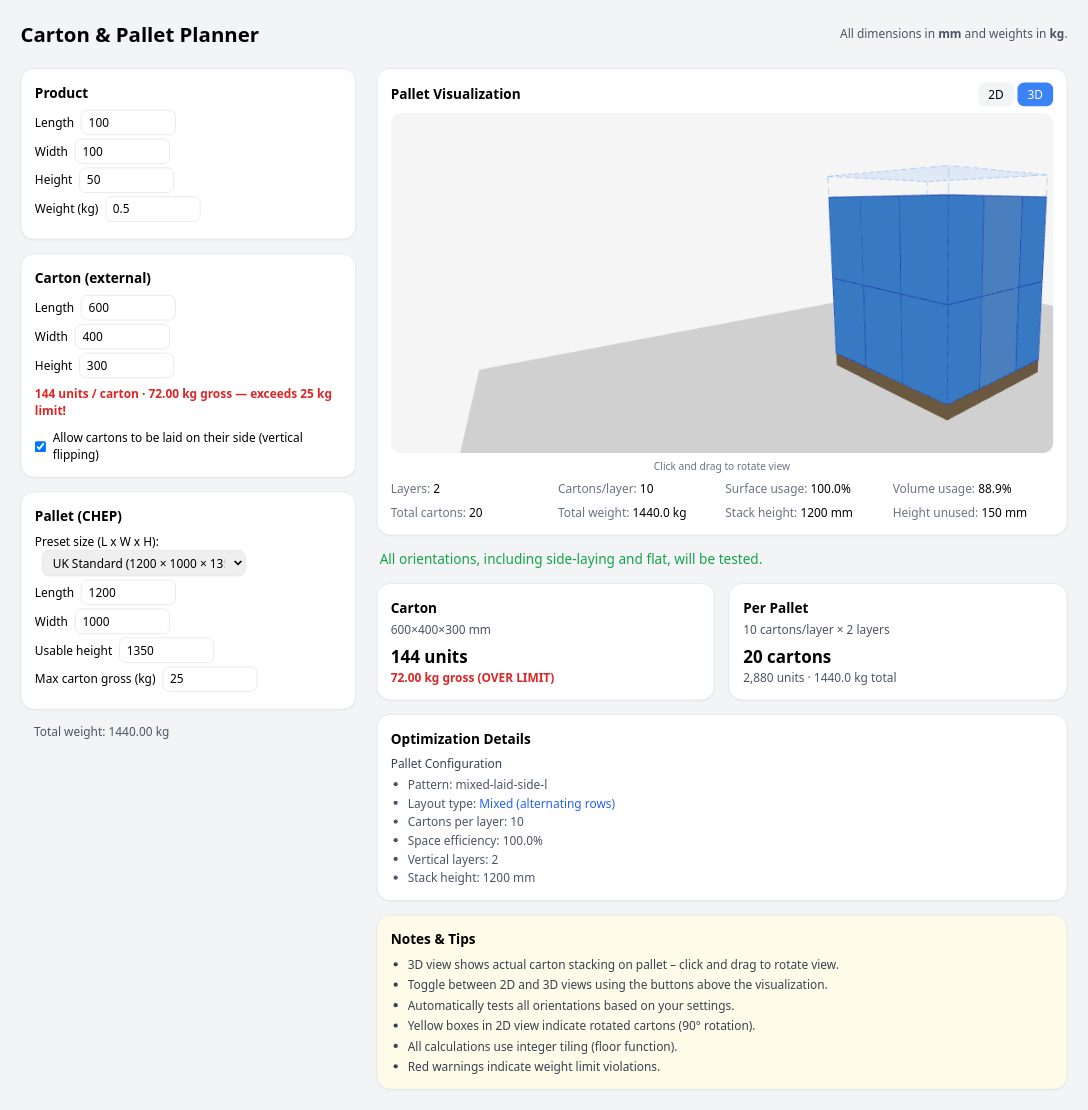
Repository: beesmart/Warehouse-Apps
Page: index.html
These files come from the project's save history. The page is drawn as it stood at one moment and after the next save; the edit follows.
The browser window is 1280 px wide. The pictures show the whole page, at 85% of full size.
Some web libraries are served in a nearby version.

Above is the page before, as saved 2025-10-21 10:47:20.

### index.html
<!DOCTYPE html>
<html lang="en">
<head>
  <meta charset="UTF-8" />
  <title>Carton & Pallet Planner</title>
  <meta name="viewport" content="width=device-width, initial-scale=1" />
  <script src="https://cdn.tailwindcss.com"></script>
  <script src="https://cdnjs.cloudflare.com/ajax/libs/three.js/r128/three.min.js"></script>
</head>
<body class="bg-gray-100">
  <div id="root"></div>

  <!-- React + Babel -->
  <script crossorigin src="https://unpkg.com/react@18/umd/react.development.js"></script>
  <script crossorigin src="https://unpkg.com/react-dom@18/umd/react-dom.development.js"></script>
  <script src="https://unpkg.com/@babel/standalone/babel.min.js"></script>

  <!-- Global namespace -->
  <script>
    window.CartonApp = {};
  </script>

  <!-- Core JS (no JSX → no Babel) -->
  <script src="./js/constants.js"></script>
  <script src="./js/utils.js"></script>
  <script src="./js/algorithms.js"></script>
  <script src="./js/three-utils.js"></script>

  <!-- Components (React.createElement style → no JSX needed unless explicitly used) -->
  <script src="./js/components/UIComponents.js"></script>
  <script src="./js/components/LayerGrid2D.js"></script>
  <script src="./js/components/PalletView3D.js"></script>

  <!-- Main app (may contain JSX or Babel-transformed logic) -->
  <script type="text/babel" src="./js/App.js"></script>
</body>
</html>

### js/constants.js
// js/constants.js
// Shared constants for CartonApp

window.CartonApp = window.CartonApp || {};
window.CartonApp.Constants = {
  // -------------------------------------------------
  // Default values for form initialization
  // -------------------------------------------------
  DEFAULT_VALUES: {
    product: { l: 100, w: 100, h: 50, weight: 0.5 },
    carton: { l: 600, w: 400, h: 300 },
    limits: {
      palletL: 1200,
      palletW: 1000,
      palletH: 1350,
      cartonGrossMax: 25,
    },
  },

  // -------------------------------------------------
  // Common pallet presets
  // -------------------------------------------------
  PALLET_SIZES: [
    { label: "UK Standard (1200 × 1000 × 1350)", L: 1200, W: 1000, H: 1350 },
    { label: "Euro Pallet (1200 × 800 × 1350)", L: 1200, W: 800, H: 1350 },
    { label: "Half Pallet (1000 × 600 × 1000)", L: 1000, W: 600, H: 1000 },
    { label: "Custom size", L: null, W: null, H: null },
  ],

  // -------------------------------------------------
  // Orientation label mappings for 2D/3D drawing
  // -------------------------------------------------
  ORIENTATION_LABELS: {
    upright: { primary: "L", secondary: "W" },
    "upright-rotated": { primary: "W", secondary: "L" },
    "laid-side-l": { primary: "W", secondary: "H" },
    "laid-side-w": { primary: "L", secondary: "H" },
    "laid-h-l": { primary: "L", secondary: "H" },
    "laid-h-w": { primary: "H", secondary: "W" },
    mixed: { primary: "L", secondary: "W" },
  },

  // -------------------------------------------------
  // Color definitions for dimension labels
  // -------------------------------------------------
  DIMENSION_COLORS: {
    L: "#ef4444", // Red
    W: "#3b82f6", // Blue
    H: "#10b981", // Green
  },

  // -------------------------------------------------
  // Three.js visual constants
  // -------------------------------------------------
  THREE_CONFIG: {
    colors: {
      scene: 0xf5f5f5,
      ground: 0xe0e0e0,
      palletBase: 0x8b7355,
      heightGuide: 0x60a5fa,
      heightOutline: 0x3b82f6,
    },
    palletBaseHeight: 100,
  },
};

### js/utils.js
// js/utils.js
// Shared utility functions for CartonApp

window.CartonApp = window.CartonApp || {};
window.CartonApp.Utils = {
  // -------------------------------------------------
  // Numeric input handler
  // -------------------------------------------------
  handleNumberInput: function (setter, obj, key, value) {
    const num = parseFloat(value);
    if (!isNaN(num) && num >= 0) {
      setter({ ...obj, [key]: num });
    }
  },

  // -------------------------------------------------
  // Number formatting (adds commas, rounds)
  // -------------------------------------------------
  numberFmt: function (num) {
    if (num == null || isNaN(num)) return "0";
    return num.toLocaleString("en-GB");
  },

  // -------------------------------------------------
  // Visible dimension labels by orientation
  // -------------------------------------------------
  getVisibleLabels: function (pattern = "") {
    const labels = window.CartonApp.Constants.ORIENTATION_LABELS;
    const base = pattern.replace("mixed-", "");
    return labels[base] || labels.upright;
  },

  // -------------------------------------------------
  // Row-specific labels for mixed patterns
  // -------------------------------------------------
  getRowLabels: function (pattern, rotated) {
    const labels = window.CartonApp.Utils.getVisibleLabels(pattern);
    if (pattern.startsWith("mixed") && rotated) {
      return { primary: labels.secondary, secondary: labels.primary };
    }
    return labels;
  },

  // -------------------------------------------------
  // Compute total pallet weight
  // -------------------------------------------------
  computeTotalWeight: function (unitsPerCarton, cartonWeight, perLayer, layers) {
    const cartons = perLayer * layers;
    const totalWeight = cartons * cartonWeight;
    const totalUnits = cartons * unitsPerCarton;
    return { cartons, totalWeight, totalUnits };
  },

  // -------------------------------------------------
  // Percentage of pallet volume used
  // -------------------------------------------------
  computeVolumeUsage: function (usedVol, totalVol) {
    if (totalVol <= 0) return 0;
    return (usedVol / totalVol) * 100;
  },
};

### js/components/PalletView3D.js
// js/components/PalletView3D.js
// Pallet visualization component (2D + 3D)

window.CartonApp = window.CartonApp || {};
window.CartonApp.Components = window.CartonApp.Components || {};
window.CartonApp.Constants = window.CartonApp.Constants || {};
window.CartonApp.Utils = window.CartonApp.Utils || {};

const LayerGrid2D = window.CartonApp.Components.LayerGrid2D;
// const DIMENSION_COLORS = window.CartonApp.Constants.DIMENSION_COLORS;

// ----------------------------------------------------
// Helper: Create 3D Scene
// ----------------------------------------------------
function create3DScene(mountRef, config) {
  const { width, height, cameraDistance = 3000, cameraHeight = 2000 } = config;

  const scene = new THREE.Scene();
  scene.background = new THREE.Color(0xf5f5f5);

  const camera = new THREE.PerspectiveCamera(45, width / height, 0.1, 10000);
  camera.position.set(cameraDistance, cameraHeight, cameraDistance);
  camera.lookAt(0, 0, 0);

  const renderer = new THREE.WebGLRenderer({ antialias: true });
  renderer.setSize(width, height);
  renderer.shadowMap.enabled = true;
  renderer.shadowMap.type = THREE.PCFSoftShadowMap;
  mountRef.current.appendChild(renderer.domElement);

  const ambientLight = new THREE.AmbientLight(0xffffff, 0.6);
  scene.add(ambientLight);

  const directionalLight = new THREE.DirectionalLight(0xffffff, 0.4);
  directionalLight.position.set(1000, 2000, 1000);
  directionalLight.castShadow = true;
  scene.add(directionalLight);

  const groundGeometry = new THREE.PlaneGeometry(5000, 5000);
  const groundMaterial = new THREE.MeshLambertMaterial({ color: 0xe0e0e0 });
  const ground = new THREE.Mesh(groundGeometry, groundMaterial);
  ground.rotation.x = -Math.PI / 2;
  ground.position.y = -10;
  ground.receiveShadow = true;
  scene.add(ground);

  return { scene, camera, renderer };
}

// ----------------------------------------------------
// Helper: Add pallet base
// ----------------------------------------------------
function addPalletBase(scene, palletL, palletW) {
  const geometry = new THREE.BoxGeometry(palletL, 100, palletW);
  const material = new THREE.MeshLambertMaterial({ color: 0x8b7355 });
  const pallet = new THREE.Mesh(geometry, material);
  pallet.position.y = 50;
  pallet.castShadow = true;
  pallet.receiveShadow = true;
  scene.add(pallet);
  return pallet;
}

// ----------------------------------------------------
// Helper: Add height guide plane + dashed box outline
// ----------------------------------------------------
function addHeightGuide(scene, palletL, palletW, palletH) {
  const planeGeometry = new THREE.PlaneGeometry(palletL, palletW);
  const planeMaterial = new THREE.MeshBasicMaterial({
    color: 0x60a5fa,
    opacity: 0.15,
    transparent: true,
    side: THREE.DoubleSide,
  });
  const plane = new THREE.Mesh(planeGeometry, planeMaterial);
  plane.rotation.x = -Math.PI / 2;
  plane.position.y = palletH + 100;
  scene.add(plane);

  const edges = new THREE.EdgesGeometry(
    new THREE.BoxGeometry(palletL, palletH, palletW)
  );
  const material = new THREE.LineDashedMaterial({
    color: 0x3b82f6,
    dashSize: 50,
    gapSize: 30,
    opacity: 0.4,
    transparent: true,
  });
  const outline = new THREE.LineSegments(edges, material);
  outline.computeLineDistances();
  outline.position.y = palletH / 2 + 100;
  scene.add(outline);
}

// ----------------------------------------------------
// Helper: Add dimension arrows (L, W, H)
// ----------------------------------------------------
function addDimensionArrows(scene, palletL, palletW, palletH) {
  const origin = new THREE.Vector3(-palletL / 2, 50, -palletW / 2);
  const arrowLength = Math.max(palletL, palletW, palletH) * 0.5;
  const arrowHead = 100;

  const addArrow = (dir, color, label) => {
    const arrow = new THREE.ArrowHelper(
      dir.clone().normalize(),
      origin,
      arrowLength,
      color,
      arrowHead,
      arrowHead * 0.6
    );
    scene.add(arrow);

    const canvas = document.createElement("canvas");
    canvas.width = 256;
    canvas.height = 128;
    const ctx = canvas.getContext("2d");
    ctx.fillStyle = "rgba(255,255,255,0.6)";
    ctx.fillRect(0, 0, canvas.width, canvas.height);
    ctx.fillStyle = color;
    ctx.font = "bold 64px Arial";
    ctx.textAlign = "center";
    ctx.textBaseline = "middle";
    ctx.fillText(label, canvas.width / 2, canvas.height / 2);

    const texture = new THREE.CanvasTexture(canvas);
    const spriteMaterial = new THREE.SpriteMaterial({ map: texture, transparent: true });
    const sprite = new THREE.Sprite(spriteMaterial);
    sprite.scale.set(300, 150, 1);
    sprite.position.copy(origin.clone().add(dir.clone().multiplyScalar(arrowLength * 1.1)));
    scene.add(sprite);
  };

  addArrow(new THREE.Vector3(1, 0, 0), DIMENSION_COLORS.L, "L");
  addArrow(new THREE.Vector3(0, 0, 1), DIMENSION_COLORS.W, "W");
  addArrow(new THREE.Vector3(0, 1, 0), DIMENSION_COLORS.H, "H");
}

// ----------------------------------------------------
// PalletView3D Component
// ----------------------------------------------------
window.CartonApp.Components.PalletView3D = function ({
  palletL,
  palletW,
  palletH,
  cartonL,
  cartonW,
  cartonH,
  pattern,
  perLayer,
  layers,
  patternRows,
  palletTile,
  cartonWeight,
}) {
  const mountRef = React.useRef(null);
  const sceneRef = React.useRef(null);
  const rendererRef = React.useRef(null);
  const frameRef = React.useRef(null);
  const [viewMode, setViewMode] = React.useState("3D");

  // Compute usage metrics
  const palletSurfaceArea = palletL * palletW;
  const palletVolume = palletL * palletW * palletH;
  const usedSurfaceArea = (palletTile.usedL || 0) * (palletTile.usedW || 0);
  const surfaceUsage =
    palletSurfaceArea > 0 ? (usedSurfaceArea / palletSurfaceArea) * 100 : 0;
  const cartonsVolume = perLayer * layers * cartonL * cartonW * cartonH;
  const volumeUsage =
    palletVolume > 0 ? (cartonsVolume / palletVolume) * 100 : 0;

  React.useEffect(() => {
    if (!mountRef.current || viewMode !== "3D") return;

    const width = mountRef.current.clientWidth;
    const height = 400;

    const { scene, camera, renderer } = create3DScene(mountRef, {
      width,
      height,
      cameraDistance: 2500,
      cameraHeight: 2000,
    });

    sceneRef.current = scene;
    rendererRef.current = renderer;

    // Pallet + guide
    addPalletBase(scene, palletL, palletW);
    addHeightGuide(scene, palletL, palletW, palletH);
    addDimensionArrows(scene, palletL, palletW, palletH);

    // Materials
    const standardMaterial = new THREE.MeshLambertMaterial({ color: 0x4a9eff });
    const rotatedMaterial = new THREE.MeshLambertMaterial({ color: 0x60a5fa });
    const cartonGeometry = new THREE.BoxGeometry(1, 1, 1);
    const cartonEdges = new THREE.EdgesGeometry(cartonGeometry);
    const edgeMaterial = new THREE.LineBasicMaterial({
      color: 0x1e40af,
      linewidth: 1,
    });

    // Add cartons
    for (let layer = 0; layer < layers; layer++) {
      const yOffset = 100 + layer * cartonH + cartonH / 2;
      if (patternRows) {
        let zStart = -palletW / 2;
        patternRows.forEach((row) => {
          const { rotated, countL, boxL: rowBoxL, boxW: rowBoxW } = row;
          const rowUsedL = countL * rowBoxL;
          const xStart = -rowUsedL / 2;
          for (let i = 0; i < countL; i++) {
            const carton = new THREE.Mesh(
              cartonGeometry,
              rotated ? rotatedMaterial : standardMaterial
            );
            const edges = new THREE.LineSegments(cartonEdges, edgeMaterial);
            const xPos = xStart + rowBoxL / 2 + i * rowBoxL;
            const zPos = zStart + rowBoxW / 2;
            carton.scale.set(rowBoxL, cartonH, rowBoxW);
            edges.scale.set(rowBoxL, cartonH, rowBoxW);
            carton.position.set(xPos, yOffset, zPos);
            edges.position.set(xPos, yOffset, zPos);
            carton.castShadow = true;
            carton.receiveShadow = true;
            scene.add(carton);
            scene.add(edges);
          }
          zStart += rowBoxW;
        });
      } else {
        const countL = Math.floor(palletL / cartonL);
        const countW = Math.floor(palletW / cartonW);
        const usedL = countL * cartonL;
        const usedW = countW * cartonW;
        const xStart = -usedL / 2;
        const zStart = -usedW / 2;
        for (let i = 0; i < countL; i++) {
          for (let j = 0; j < countW; j++) {
            const carton = new THREE.Mesh(cartonGeometry, standardMaterial);
            const edges = new THREE.LineSegments(cartonEdges, edgeMaterial);
            carton.scale.set(cartonL, cartonH, cartonW);
            edges.scale.set(cartonL, cartonH, cartonW);
            const xPos = xStart + cartonL / 2 + i * cartonL;
            const zPos = zStart + cartonW / 2 + j * cartonW;
            carton.position.set(xPos, yOffset, zPos);
            edges.position.set(xPos, yOffset, zPos);
            carton.castShadow = true;
            carton.receiveShadow = true;
            scene.add(carton);
            scene.add(edges);
          }
        }
      }
    }

    // Camera controls
    let isDragging = false;
    let prevX = 0;
    let prevY = 0;
    let rotX = Math.PI / 4;
    let rotY = 0.3;

    const onDown = (e) => {
      isDragging = true;
      prevX = e.clientX;
      prevY = e.clientY;
      mountRef.current.style.cursor = "grabbing";
    };
    const onMove = (e) => {
      if (!isDragging) return;
      const dx = e.clientX - prevX;
      const dy = e.clientY - prevY;
      rotX += dx * 0.01;
      rotY = Math.max(0.1, Math.min(1.2, rotY - dy * 0.005));
      prevX = e.clientX;
      prevY = e.clientY;
    };
    const onUp = () => {
      isDragging = false;
      mountRef.current.style.cursor = "grab";
    };

    mountRef.current.addEventListener("mousedown", onDown);
    mountRef.current.addEventListener("mousemove", onMove);
    mountRef.current.addEventListener("mouseup", onUp);
    mountRef.current.addEventListener("mouseleave", onUp);
    window.addEventListener("mouseup", onUp);
    window.addEventListener("mousemove", onMove);
    mountRef.current.style.cursor = "grab";

    const animate = () => {
      frameRef.current = requestAnimationFrame(animate);
      const radius = 3000;
      const height = 800 + rotY * 1500;
      camera.position.x = Math.sin(rotX) * radius;
      camera.position.y = height;
      camera.position.z = Math.cos(rotX) * radius;
      camera.lookAt(0, palletH / 2, 0);
      renderer.render(scene, camera);
    };
    animate();

    return () => {
      if (frameRef.current) cancelAnimationFrame(frameRef.current);
      if (mountRef.current && rendererRef.current) {
        mountRef.current.removeChild(rendererRef.current.domElement);
      }
      if (rendererRef.current) rendererRef.current.dispose();
    };
  }, [palletL, palletW, palletH, cartonL, cartonW, cartonH, pattern, perLayer, layers, patternRows, viewMode]);

  // ----------------------------------------------------
  // Render
  // ----------------------------------------------------
  return React.createElement(
    "div",
    { className: "p-4 border rounded-2xl shadow-sm bg-white" },
    React.createElement(
      "div",
      { className: "flex items-center justify-between mb-2" },
      React.createElement("h4", { className: "font-semibold" }, "Pallet Visualization"),
      React.createElement(
        "div",
        { className: "flex gap-1" },
        React.createElement(
          "button",
          {
            onClick: () => setViewMode("2D"),
            className: `px-3 py-1 text-sm rounded-lg transition-colors ${
              viewMode === "2D"
                ? "bg-blue-500 text-white"
                : "bg-gray-100 hover:bg-gray-200"
            }`,
          },
          "2D"
        ),
        React.createElement(
          "button",
          {
            onClick: () => setViewMode("3D"),
            className: `px-3 py-1 text-sm rounded-lg transition-colors ${
              viewMode === "3D"
                ? "bg-blue-500 text-white"
                : "bg-gray-100 hover:bg-gray-200"
            }`,
          },
          "3D"
        )
      )
    ),

    viewMode === "3D"
      ? React.createElement(
          React.Fragment,
          null,
          React.createElement("div", {
            ref: mountRef,
            className: "bg-gray-50 rounded-xl overflow-hidden",
            style: { height: "400px" },
          }),
          React.createElement(
            "div",
            {
              className: "text-xs text-gray-500 mt-2 text-center",
            },
            "Click and drag to rotate view"
          )
        )
      : React.createElement(LayerGrid2D, {
          spaceL: palletL,
          spaceW: palletW,
          boxL: cartonL,
          boxW: cartonW,
          boxH: cartonH,
          countL: Math.floor(palletL / cartonL),
          countW: Math.floor(palletW / cartonW),
          usedL: Math.floor(palletL / cartonL) * cartonL,
          usedW: Math.floor(palletW / cartonW) * cartonW,
          patternRows: patternRows,
          pattern: palletTile.pattern,
        }),

    // Stats summary
    React.createElement(
      "div",
      { className: "grid grid-cols-2 gap-2 text-sm mt-2" },
      React.createElement(
        "div",
        { className: "grid grid-cols-2 gap-2" },
        React.createElement("div", null, React.createElement("span", { className: "text-gray-500" }, "Layers:"), " ", layers),
        React.createElement("div", null, React.createElement("span", { className: "text-gray-500" }, "Cartons/layer:"), " ", perLayer),
        React.createElement("div", null, React.createElement("span", { className: "text-gray-500" }, "Total cartons:"), " ", perLayer * layers),
        React.createElement("div", null, React.createElement("span", { className: "text-gray-500" }, "Total weight:"), " ", (perLayer * layers * cartonWeight).toFixed(1), " kg")
      ),
      React.createElement(
        "div",
        { className: "grid grid-cols-2 gap-2" },
        React.createElement("div", null, React.createElement("span", { className: "text-gray-500" }, "Surface usage:"), " ", surfaceUsage.toFixed(1), "%"),
        React.createElement("div", null, React.createElement("span", { className: "text-gray-500" }, "Volume usage:"), " ", volumeUsage.toFixed(1), "%"),
        React.createElement("div", null, React.createElement("span", { className: "text-gray-500" }, "Stack height:"), " ", layers * cartonH, " mm"),
        React.createElement("div", null, React.createElement("span", { className: "text-gray-500" }, "Height unused:"), " ", palletH - layers * cartonH, " mm")
      )
    )
  );
};

Loaded but not shown: js/three-utils.js (library); js/app.js (202 lines, source omitted); js/components/LayerGrid2D.js (236 lines, source omitted); js/components/UIComponents.js (176 lines, source omitted); js/algorithms.js (148 lines, source omitted)

After the next save:
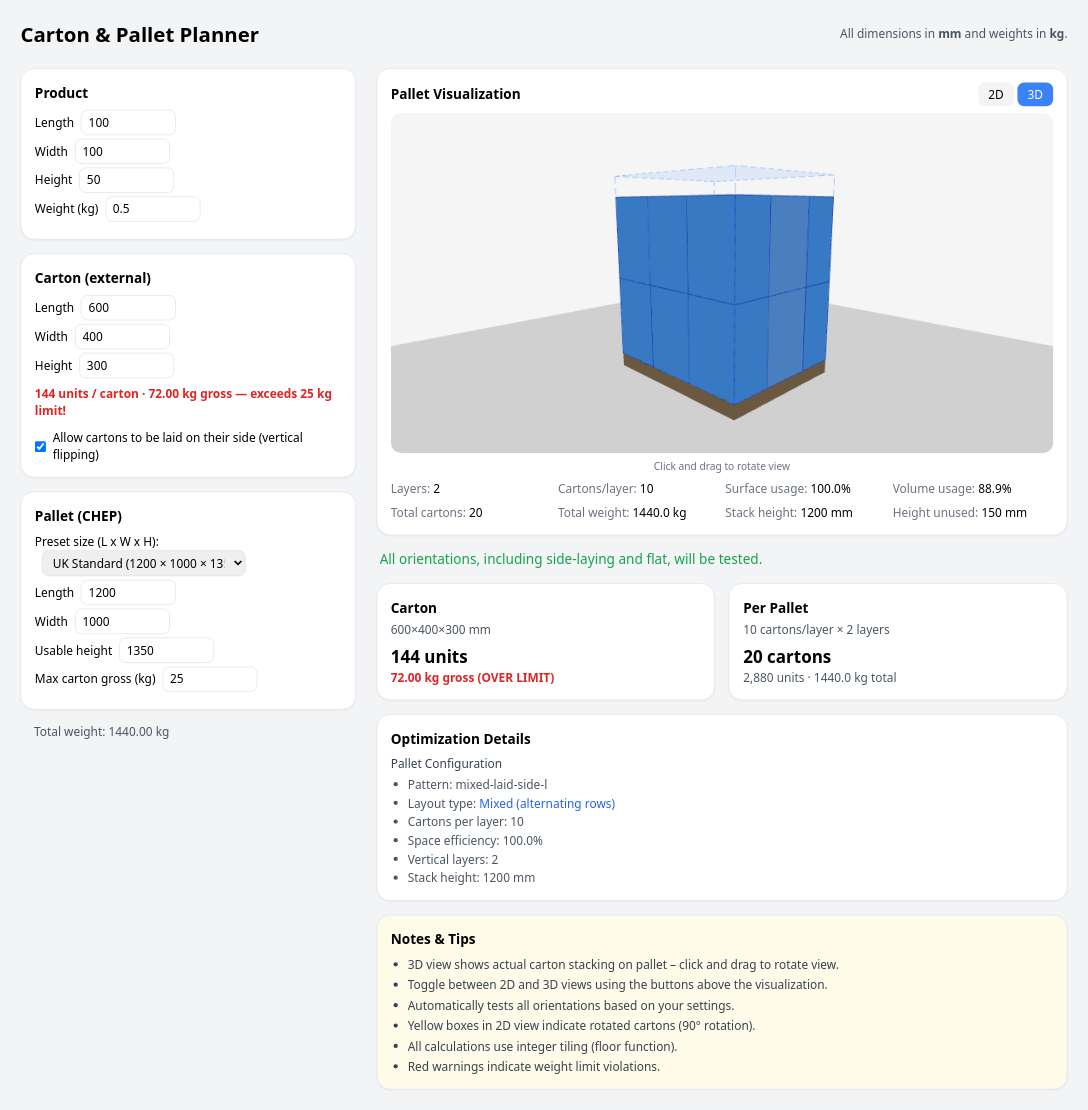
Saved 8 min 14 s later.
--- a/js/components/PalletView3D.js
+++ b/js/components/PalletView3D.js
@@ -173,8 +173,9 @@ window.CartonApp.Components.PalletView3D = function ({
   React.useEffect(() => {
     if (!mountRef.current || viewMode !== "3D") return;
 
-    const width = mountRef.current.clientWidth;
-    const height = 400;
+    const mount = mountRef.current;
+    let width = mount.clientWidth;
+    let height = 400;
 
     const { scene, camera, renderer } = create3DScene(mountRef, {
       width,
@@ -185,6 +186,17 @@ window.CartonApp.Components.PalletView3D = function ({
 
     sceneRef.current = scene;
     rendererRef.current = renderer;
+
+      // ✅ Center correctly on resize or grid load
+    const resizeObserver = new ResizeObserver(() => {
+        if (!rendererRef.current || !camera) return;
+        const newWidth = mount.clientWidth;
+        const newHeight = 400;
+        rendererRef.current.setSize(newWidth, newHeight);
+        camera.aspect = newWidth / newHeight;
+        camera.updateProjectionMatrix();
+    });
+    resizeObserver.observe(mount);
 
     // Pallet + guide
     addPalletBase(scene, palletL, palletW);
@@ -303,6 +315,7 @@ window.CartonApp.Components.PalletView3D = function ({
     animate();
 
     return () => {
+      resizeObserver.disconnect();
       if (frameRef.current) cancelAnimationFrame(frameRef.current);
       if (mountRef.current && rendererRef.current) {
         mountRef.current.removeChild(rendererRef.current.domElement);
